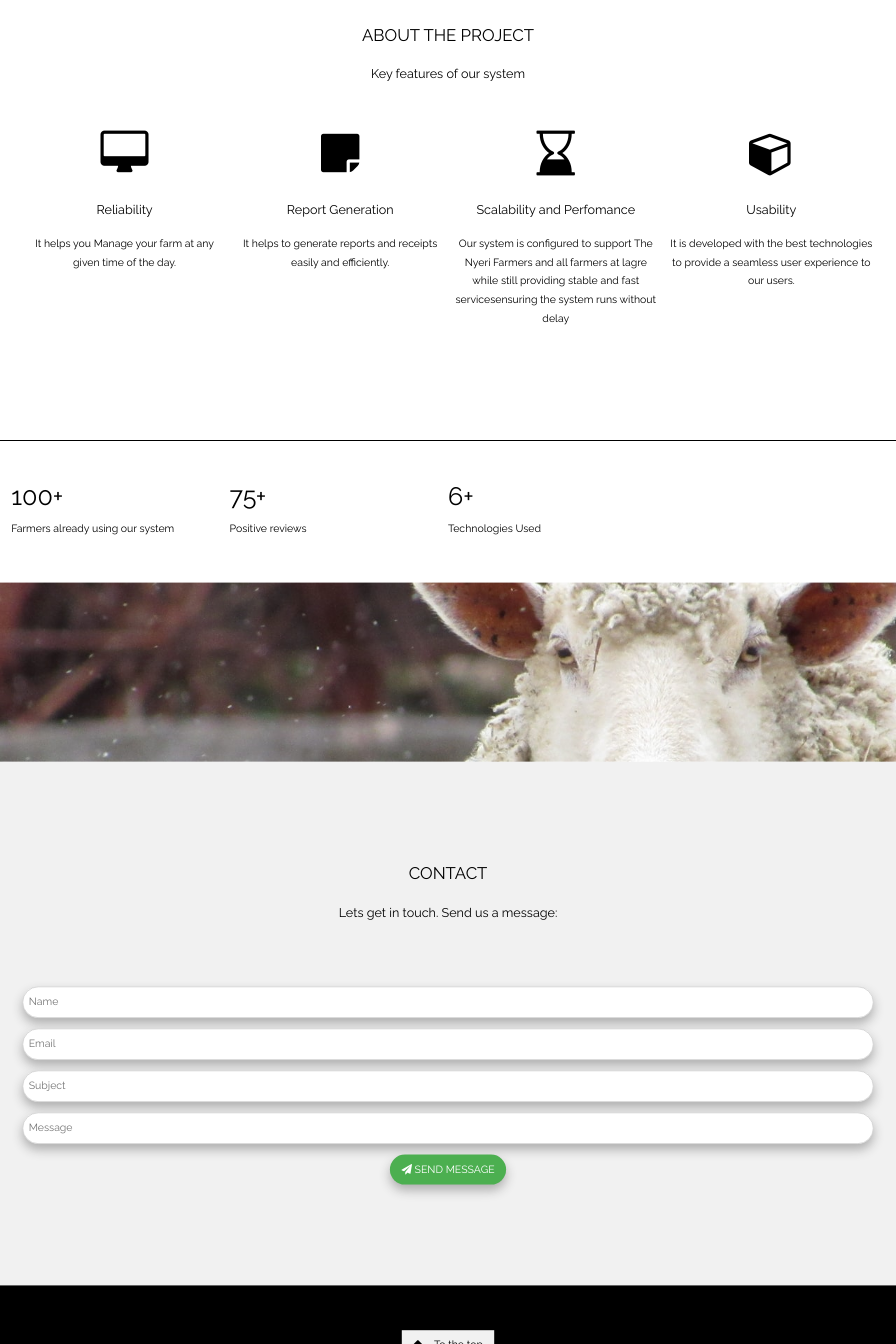
Repository: LaukeyMwaura/smart-farmers-
Page: views/index.html
These files come from the project's save history. The page is drawn as it stood at one moment and after the next save; the edit follows.
The browser window is 1280 px wide. The pictures show the part of the page from y = 2275 to 4195 px (the page is 4400 px tall), at 70% of full size.

Above is the page before, as saved 2022-05-25 10:07:22.

### views/index.html
<!DOCTYPE html>
<html>
<title>Shamba Digi</title>
<meta charset="UTF-8">
<meta name="viewport" content="width=device-width, initial-scale=1">
<link rel="stylesheet" href="https://www.w3schools.com/w3css/4/w3.css">
<link rel="stylesheet" href="https://fonts.googleapis.com/css?family=Raleway">
<link rel="stylesheet" href="https://cdnjs.cloudflare.com/ajax/libs/font-awesome/4.7.0/css/font-awesome.min.css">
<style>
body,h1,h2,h3,h4,h5,h6 {font-family: "Raleway", sans-serif}

body, html {
  height: 100%;
  line-height: 1.8;
}

/* Full height image header */
.bgimg-1 {
  background-position: center;
  background-size: cover;
  background-image: url("images/bg.png");
  min-height: 100%;
}

.w3-bar .w3-button {
  padding: 16px;
}
</style>
<body>

<!-- Navbar (sit on top) -->
<div class="w3-top" style="background-color: #9bde9b;">
  <div class="w3-bar w3-white w3-card" id="myNavbar" style="background-color: #9bde9b;">
    <a href="#home" class="w3-bar-item w3-button w3-wide">Shamba Digi</a>
    <!-- Right-sided navbar links -->
    <div class="w3-right w3-hide-small">
      <a href="#about" class="w3-bar-item w3-button">ABOUT US</a>
      <a href="#services" class="w3-bar-item w3-button"><i class="fa fa-th"></i> SERVICES</a>
      <!-- <a href="#pricing" class="w3-bar-item w3-button"><i class="fa fa-usd"></i> PRICING</a> -->
      <a href="#contact" class="w3-bar-item w3-button"><i class="fa fa-envelope"></i> CONTACT</a>
      <a href="login.html" class="w3-bar-item w3-button"><i class="fa user"></i>SIGN IN/SIGN UP</a>
    </div>
    <!-- Hide right-floated links on small screens and replace them with a menu icon -->

    <a href="javascript:void(0)" class="w3-bar-item w3-button w3-right w3-hide-large w3-hide-medium" onclick="w3_open()">
      <i class="fa fa-bars"></i>
    </a>
  </div>
</div>

<!-- Sidebar on small screens when clicking the menu icon -->
<nav class="w3-sidebar w3-bar-block w3-black w3-card w3-animate-left w3-hide-medium w3-hide-large" style="display:none" id="mySidebar">
  <a href="javascript:void(0)" onclick="w3_close()" class="w3-bar-item w3-button w3-large w3-padding-16">Close ×</a>
  <a href="#about" onclick="w3_close()" class="w3-bar-item w3-button">ABOUT US</a>
  <!-- <a href="#team" onclick="w3_close()" class="w3-bar-item w3-button">TEAM</a> -->
  <a href="#services" onclick="w3_close()" class="w3-bar-item w3-button">SERVICES</a>
  <!-- <a href="#pricing" onclick="w3_close()" class="w3-bar-item w3-button">PRICING</a> -->
  <a href="#contact" onclick="w3_close()" class="w3-bar-item w3-button">CONTACT</a>
  <a href="login.html" onclick="w3_close()" class="w3-bar-item w3-button">SIGN IN/SIGN UP</a>
</nav>

<!-- Header with full-height image -->
<header class="bgimg-1 w3-display-container w3-grayscale-min" id="home" style="background-image: url(../images/farmer.jpeg)">
  <div >
    <div class="w3-display-left w3-text-white" style="padding:48px">
      <span class="w3-jumbo w3-hide-small">Smart Farming</span><br>
      <span class="w3-large">A holistic Digital Farming Experience</span>
      <p><a href="login.html" class="w3-button w3-white w3-padding-large w3-large w3-margin-top w3-opacity w3-hover-opacity-off" style="border-radius: 50px;background: #fff;box-shadow: 0px 8px 15px #adadad;">Get started today</a></p>
    </div>
  </div>
  <!-- <div class="w3-display-bottomleft w3-text-grey w3-large" style="padding:24px 48px">
    <i class="fa fa-facebook-official w3-hover-opacity"></i>
    <i class="fa fa-instagram w3-hover-opacity"></i>
    <i class="fa fa-snapchat w3-hover-opacity"></i>
    <i class="fa fa-pinterest-p w3-hover-opacity"></i>
    <i class="fa fa-twitter w3-hover-opacity"></i>
    <i class="fa fa-linkedin w3-hover-opacity"></i>
  </div> -->
</header>

<!-- About Section -->
<div class="w3-container" style="padding:128px 16px" id="about">
  <h3 class="w3-center">ABOUT Nyeri Smart Farmers</h3>
  <p class="w3-center w3-large">Who we are</p>
  <div class="w3-row-padding w3-center" style="margin-top:64px">
    Shamba Digi was an idea conceived by a group of undergraduate student at Dedan Kimathi University after we observed the tedious manegerial tasks that farmers in Nyeri experience. Our system is tailored to provide with a tool to manage their farm and help the farmer focus more on- farm activities.
  </div>
</div>
<div class="w3-container" style="padding:128px 16px; background-image: url(../images/carrots.jpeg);"></div>

<div class="w3-container w3-light-grey" style="padding:128px 16px" id="services">
  <h3 class="w3-center">SERVICES</h3>
  <div class="w3-row-padding">
     <div class="w3-col w3-center">
      <h3>What does the application do?</h3>
      <p>If you need a reliable, accurate and, efficient way to manage your farm - this application can help you to do it.
        It can be used as a stock and product management tool or accounts tracker on your farm and helping you to properly plan for your season reducing paperwork speadsheets and calculations. Let us help you Manage your farm. </p>
    </div>
  </div>
</div>
    <!--<div class="w3-col m6">
      <img class="w3-image w3-round-large" src="/public/images/gabriel-jimenez-jin4W1HqgL4-unsplash (1).jpg" alt="" width="350" height="194">
    </div> -->
    <div class="w3-container" style="padding:128px 16px; background-image: url(../images/wheat.jpeg); background-position: center;"></div>
    <div class="w3-container" style="padding:128px 16px" id="work">
      <h3 class="w3-center">ABOUT THE PROJECT</h3>
      <p class="w3-center w3-large">Key features of our system</p>
      <div class="w3-row-padding w3-center" style="margin-top:64px">
        <div class="w3-quarter">
          <i class="fa fa-desktop w3-margin-bottom w3-jumbo w3-center"></i>
          <p class="w3-large">Reliability</p>
          <p>It helps you Manage your farm at any given time of the day.</p>
        </div>
        <div class="w3-quarter">
          <i class="fa fa-sticky-note w3-margin-bottom w3-jumbo"></i>
          <p class="w3-large">Report Generation</p>
          <p>It helps to generate reports and receipts easily and efficiently.</p>
        </div>
        <div class="w3-quarter">
          <i class="fa fa-hourglass-end w3-margin-bottom w3-jumbo"></i>
          <p class="w3-large">Scalability and Perfomance</p>
          <p>Our system is configured to support The Nyeri Farmers and all farmers at lagre while still providing stable and fast servicesensuring the system runs without delay</p>
        </div>
        <div class="w3-quarter">
          <i class="fa fa-cube w3-margin-bottom w3-jumbo"></i>
          <p class="w3-large">Usability</p>
          <p>It is developed with the best technologies to provide a seamless user experience to our users.</p>
        </div>
      </div>
    </div>
  </div>
</div>

<!-- Promo Section "Statistics" -->
<div class="w3-container w3-row w3- w3-padding-64">
  <div class="w3-quarter">
    <span class="w3-xxlarge">100+</span>
    <br>Farmers already using our system
  </div>
  <div class="w3-quarter">
    <span class="w3-xxlarge">75+</span>
    <br>Positive reviews
  </div>
  <div class="w3-quarter">
    <span class="w3-xxlarge">6+</span>
    <br>Technologies Used
  </div>

</div>

<div class="w3-container" style="padding:128px 16px; background-image: url(/public/images/mari-partyka-FXjPxp946pk-unsplash.jpg); background-position: center;"></div>

  <!-- <div class="w3-row-padding" style="margin-top:64px">
    <div class="w3-third w3-section">
    </div>
    </div> -->
<!-- Contact Section -->
<div class="w3-container w3-light-grey" style="padding:128px 16px" id="contact">
  <h3 class="w3-center">CONTACT</h3>
  <p class="w3-center w3-large">Lets get in touch. Send us a message:</p>
  <div style="margin-top:48px">
    <!-- <p><i class="fa fa-map-marker fa-fw w3-xxlarge w3-margin-right"></i> Chicago, US</p>
    <p><i class="fa fa-phone fa-fw w3-xxlarge w3-margin-right"></i> Phone: +00 151515</p>
    <p><i class="fa fa-envelope fa-fw w3-xxlarge w3-margin-right"> </i> Email: mail@mail.com</p> -->
    <br>
    <form action="https://getform.io/f/6b43e04d-15e3-409d-8b40-a8dfb5f4a29d" method="POST">
      <div class="w3-container col-12 col-xl-3">
      <p ><input class="w3-input w3-border" type="text" placeholder="Name" required name="Name"  style="border-radius: 50px;background: #fff;box-shadow: 0px 8px 15px #adadad;"></p>
      <p><input class="w3-input w3-border" type="text" placeholder="Email" required name="Email" style="border-radius: 50px;background: #fff;box-shadow: 0px 8px 15px #adadad; font-weight: 500;"></p>
      <p><input class="w3-input w3-border" type="text" placeholder="Subject" required name="Subject" style="border-radius: 50px;background: #fff;box-shadow: 0px 8px 15px #adadad;"></p>
      <p><input class="w3-input w3-border" type="text" placeholder="Message" required name="Message" style="border-radius: 50px;background: #fff;box-shadow: 0px 8px 15px #adadad;"></p>
      <p class="w3-center">
        <button class="w3-button w3-green" type="submit" style="border-radius: 50px;background: #fff; box-shadow: 0px 8px 15px #adadad;transition: all 0.3s ease 0s;">
          <i class="fa fa-paper-plane"></i> SEND MESSAGE
        </button>
      </p>
    </div>
    </form>
  </div>
</div>

<!-- Footer -->
<footer class="w3-center w3-black w3-padding-64">
  <a href="#home" class="w3-button w3-light-grey"><i class="fa fa-arrow-up w3-margin-right" ></i>To the top</a>
  <div class="w3-xlarge w3-section">
    <i class="fa fa-facebook-official w3-hover-opacity"></i>
    <i class="fa fa-instagram w3-hover-opacity"></i>
    <i class="fa fa-twitter w3-hover-opacity"></i>
  </div>
  <p>Made with ♥ by Nyeri Smart Farmers 🍃</p>
</footer>

<script>
// Modal Image Gallery
function onClick(element) {
  document.getElementById("img01").src = element.src;
  document.getElementById("modal01").style.display = "block";
  var captionText = document.getElementById("caption");
  captionText.innerHTML = element.alt;
}


// Toggle between showing and hiding the sidebar when clicking the menu icon
var mySidebar = document.getElementById("mySidebar");

function w3_open() {
  if (mySidebar.style.display === 'block') {
    mySidebar.style.display = 'none';
  } else {
    mySidebar.style.display = 'block';
  }
}

// Close the sidebar with the close button
function w3_close() {
    mySidebar.style.display = "none";
}
</script>

</body>
</html>

After the next save:
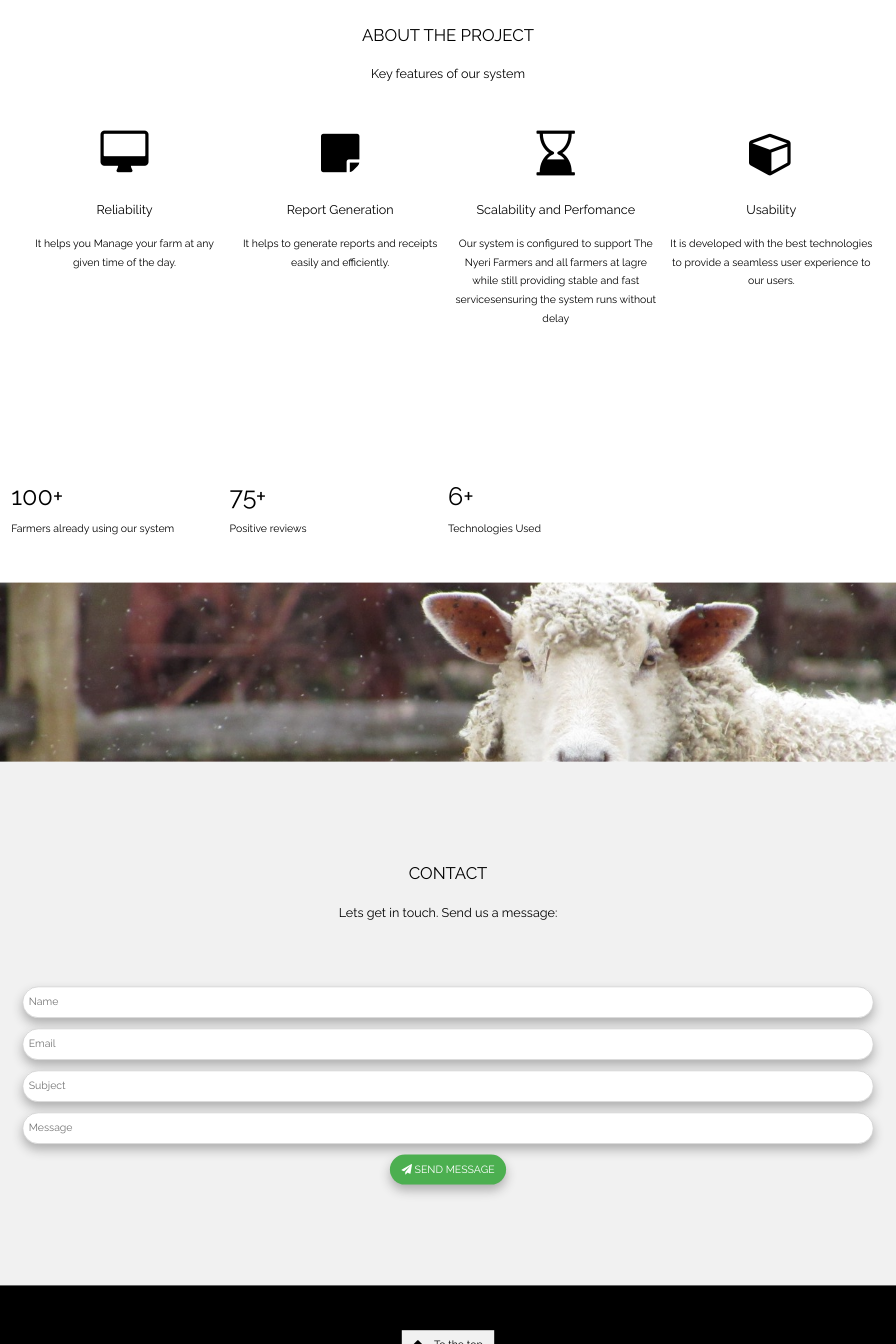
Saved 12 s later.
--- a/views/index.html
+++ b/views/index.html
@@ -148,7 +148,7 @@
 
 </div>
 
-<div class="w3-container" style="padding:128px 16px; background-image: url(/public/images/mari-partyka-FXjPxp946pk-unsplash.jpg); background-position: center;"></div>
+<div class="w3-container" style="padding:128px 16px; background-image: url(../images/sheep.jpeg); background-position: center;"></div>
 
   <!-- <div class="w3-row-padding" style="margin-top:64px">
     <div class="w3-third w3-section">
